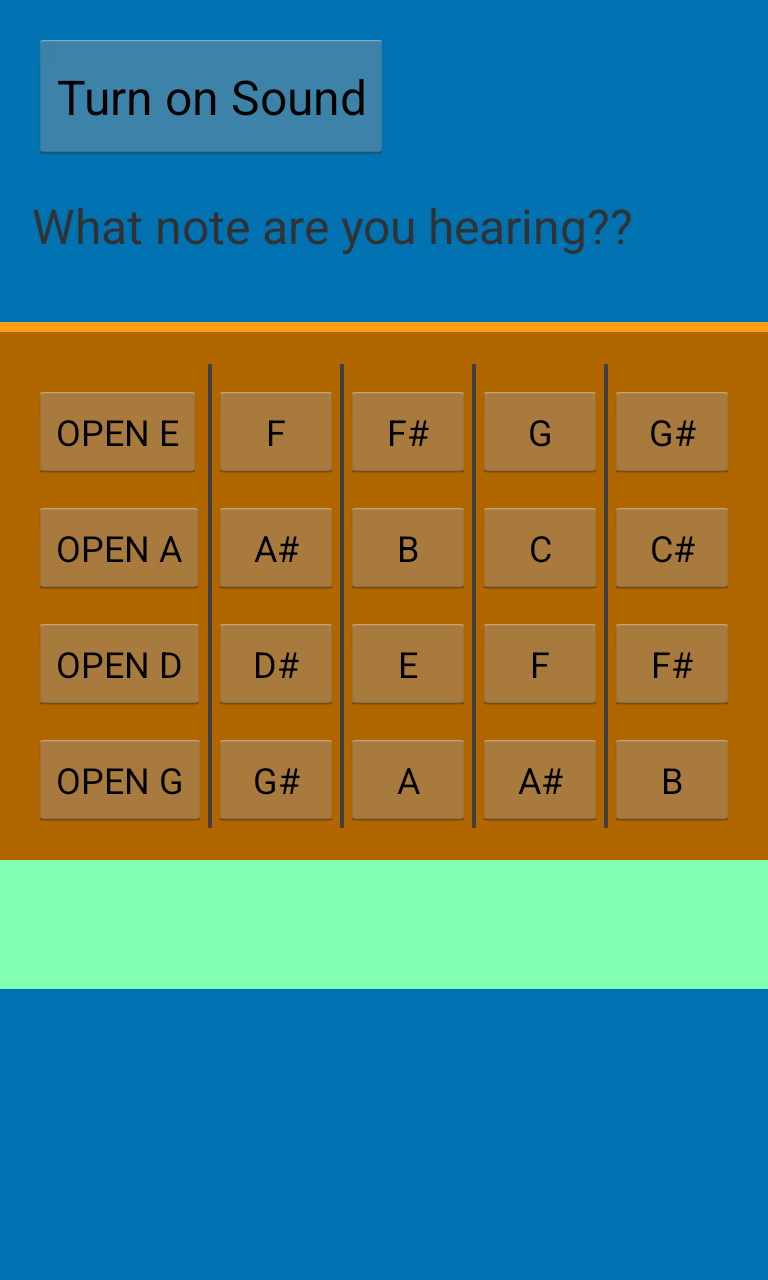
Repository: elliott-ribner/android-guitar-trainer
Layout: randomnotegenerator/res/layout/activity_main.xml
These files come from the project's save history. The layout is drawn as it stood at one moment and after the next save; the edit follows.
It is drawn on a 768 x 1280 px phone screen (xhdpi) without system bars, with theme AppTheme; the app's code is not run.

Above is the layout before, as saved 2014-06-09 00:57:24.

After the next save:
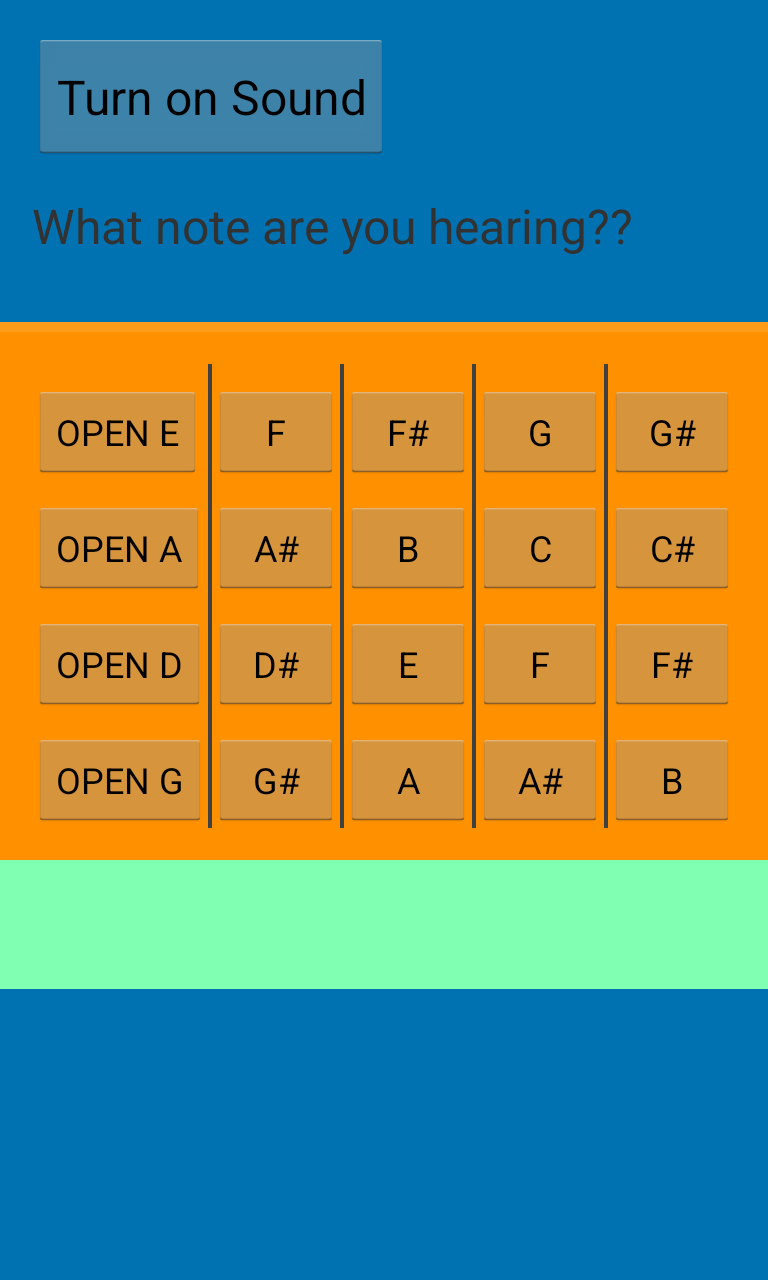
Saved 35 s later.
--- a/randomnotegenerator/res/layout/activity_main.xml
+++ b/randomnotegenerator/res/layout/activity_main.xml
@@ -48,7 +48,7 @@
         <LinearLayout
             android:layout_width="fill_parent"
             android:layout_height="wrap_content"
-             android:background="#B26600"
+             android:background="#FF9100"
             android:orientation="horizontal"
             android:paddingBottom="@dimen/activity_vertical_margin"
         android:paddingLeft="@dimen/activity_horizontal_margin"

After the save that followed:
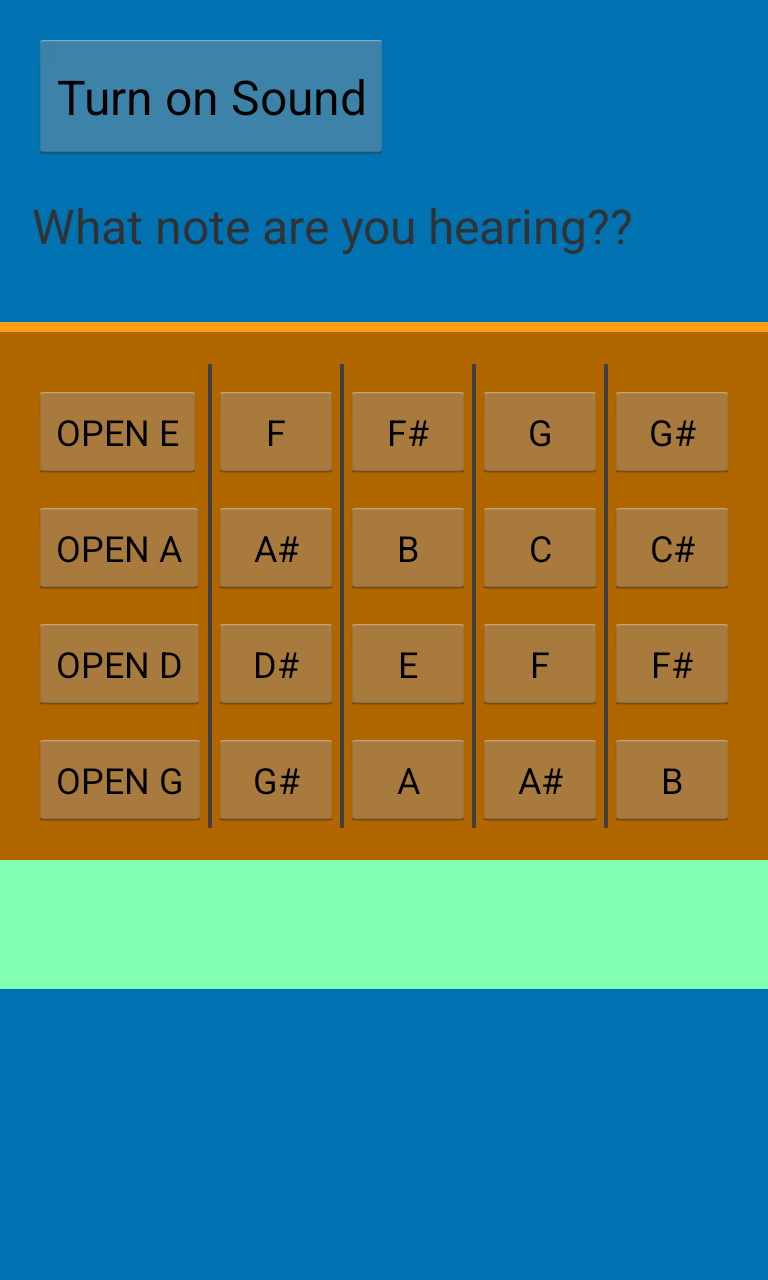
Saved 36 s later.
--- a/randomnotegenerator/res/layout/activity_main.xml
+++ b/randomnotegenerator/res/layout/activity_main.xml
@@ -48,7 +48,7 @@
         <LinearLayout
             android:layout_width="fill_parent"
             android:layout_height="wrap_content"
-             android:background="#FF9100"
+             android:background="#B26600"
             android:orientation="horizontal"
             android:paddingBottom="@dimen/activity_vertical_margin"
         android:paddingLeft="@dimen/activity_horizontal_margin"
